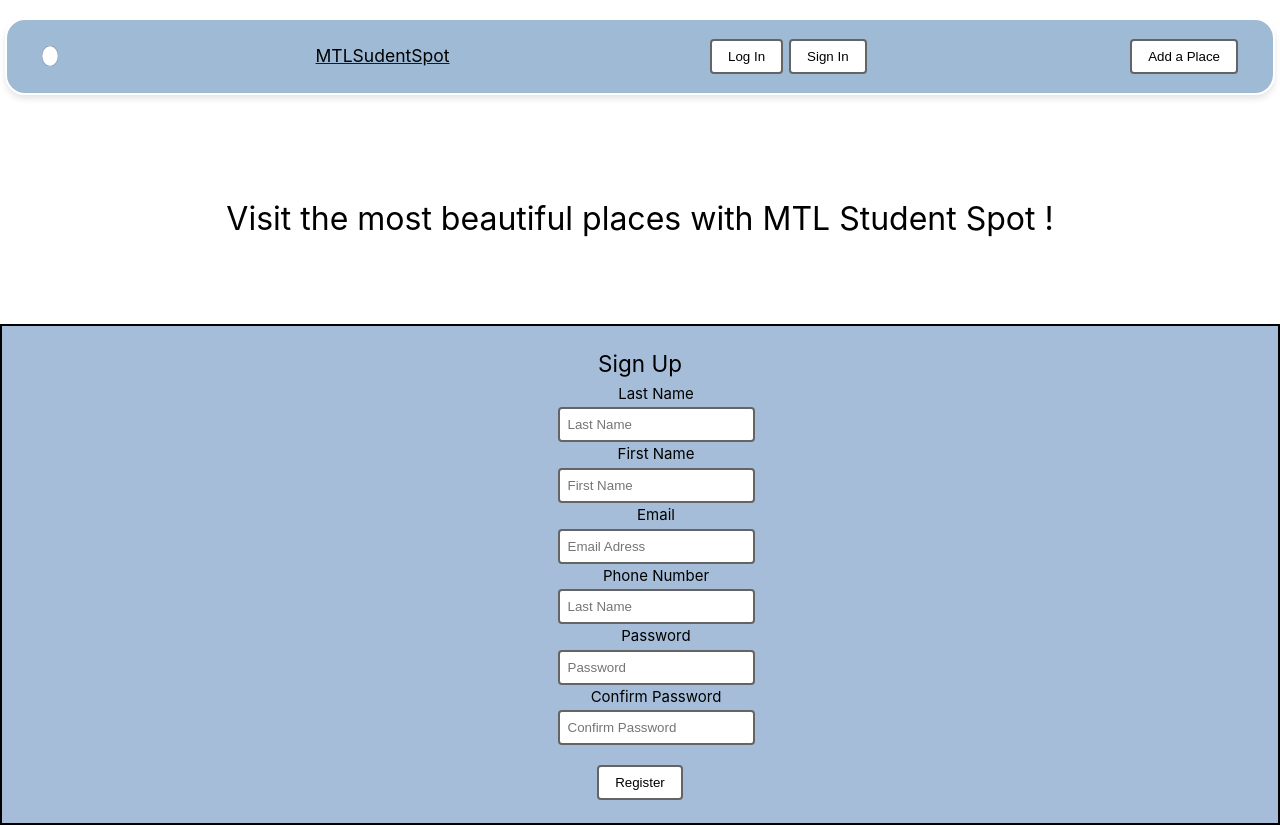
Repository: KevMn6ix/MOD8-2232-GRA-Damois-Leroi--Morant-Munto
Page: /register (app in client/)
The author's editor kept a copy of each file at every save. The page is drawn from the files as they stood at one save, then again after the next save.
The browser window is 1280 px wide. The pictures show the whole page.
The project was rebuilt for these pictures with package versions that can differ from the ones it lists, and the page was loaded fresh each time. Also part of the build but not shown: client/vite.config.js, client/src/components/HelloWorld.vue, client/src/components/Login.vue, client/src/views/LoginPage.vue, client/src/components/RowLandingPage.vue, client/src/components/PlaceItem.vue, client/server/services/places-service.js, client/src/components/PlaceList.vue and 1 more.

Above is the page before, as saved 2023-10-18 15:54:13.

After the next save:
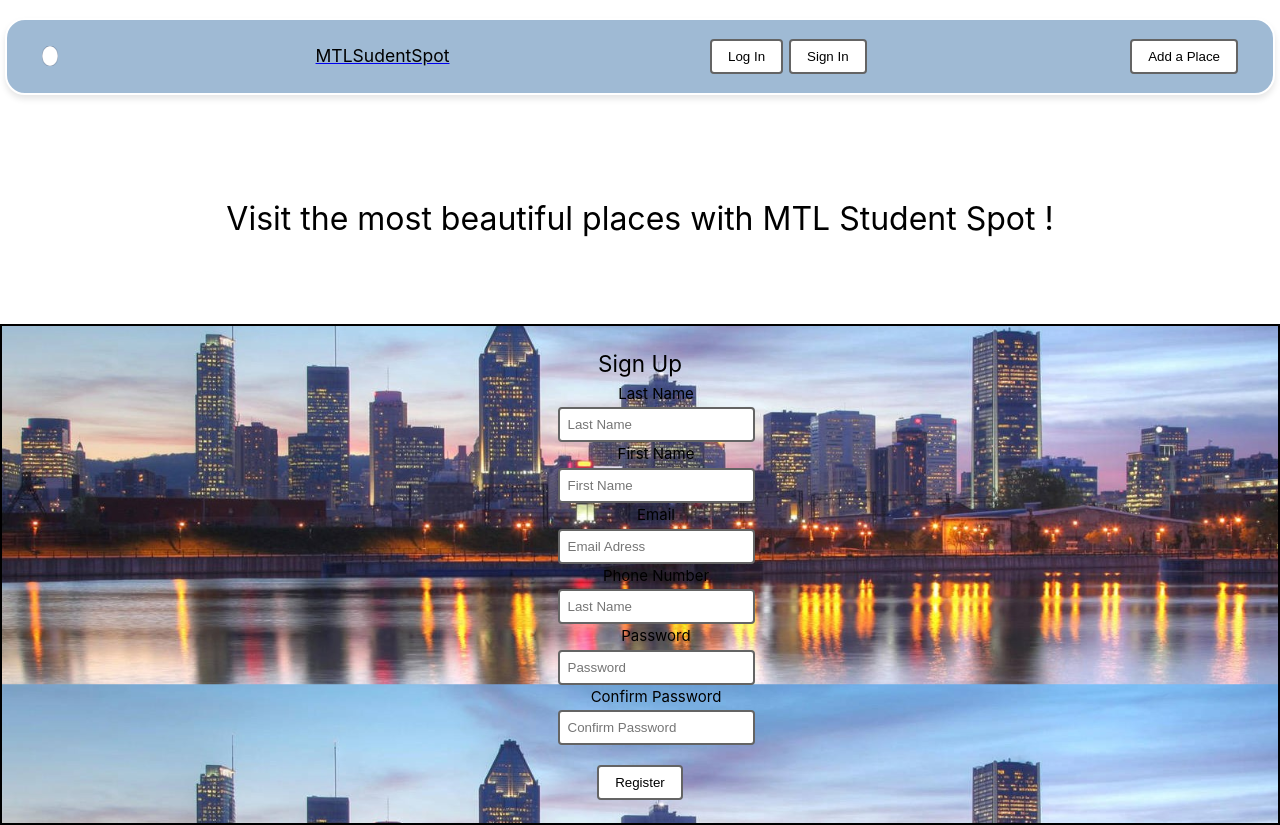
Saved 6 min 27 s later.
--- a/client/src/components/Register.vue
+++ b/client/src/components/Register.vue
@@ -108,10 +108,12 @@
 
 
 .page-bg{
-    background-color: #A5BDD9;
-    @media (prefers-color-scheme: dark) {
-        background-color: #93ABC775;
-    }
+    background-image: url('../assets/montrealbynight.jpg');
+    background-size: 1520px;
+    background-repeat: repeat;
+    background-position: 30%;
+    position: relative;
+    z-index: 1;
 }
 
 h1{

After the save that followed:
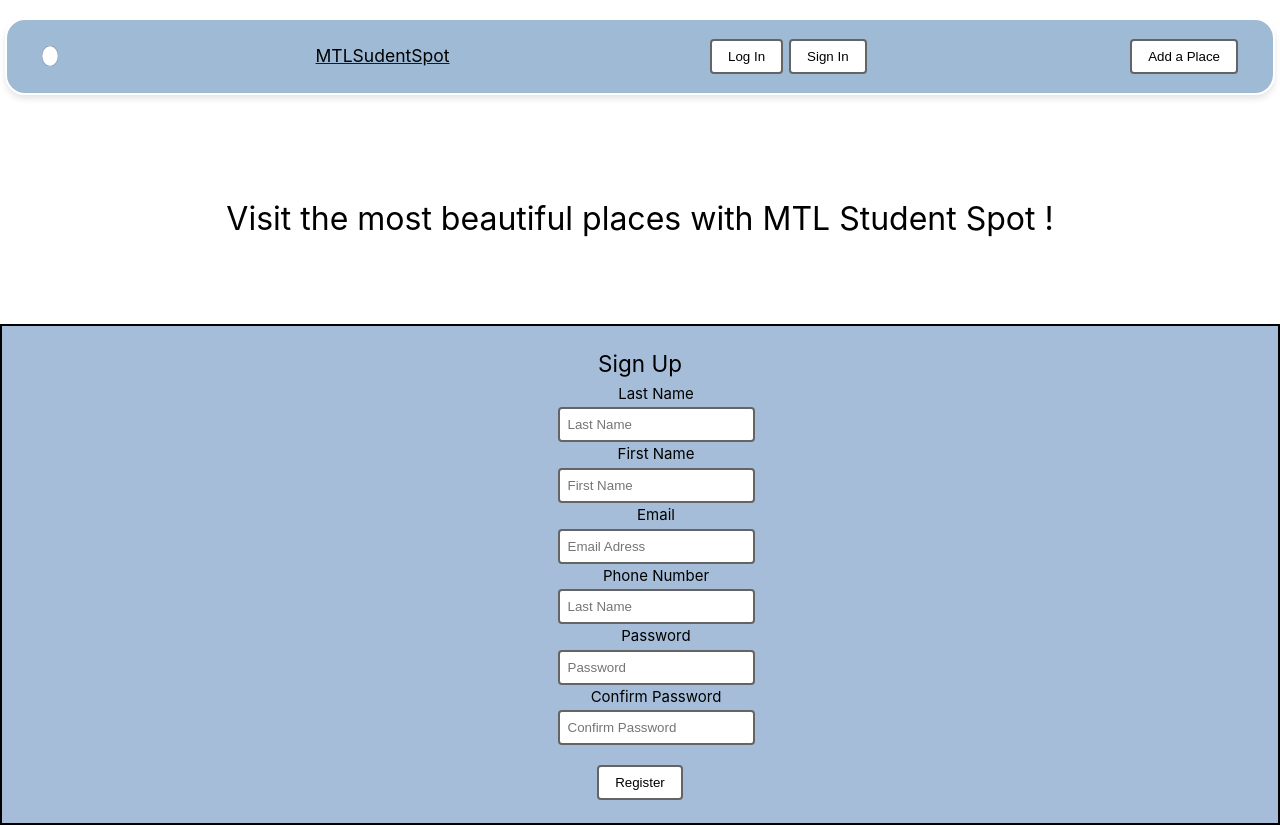
Saved 8 s later.
--- a/client/src/components/Register.vue
+++ b/client/src/components/Register.vue
@@ -108,12 +108,10 @@
 
 
 .page-bg{
-    background-image: url('../assets/montrealbynight.jpg');
-    background-size: 1520px;
-    background-repeat: repeat;
-    background-position: 30%;
-    position: relative;
-    z-index: 1;
+    background-color: #A5BDD9;
+    @media (prefers-color-scheme: dark) {
+        background-color: #93ABC775;
+    }
 }
 
 h1{
